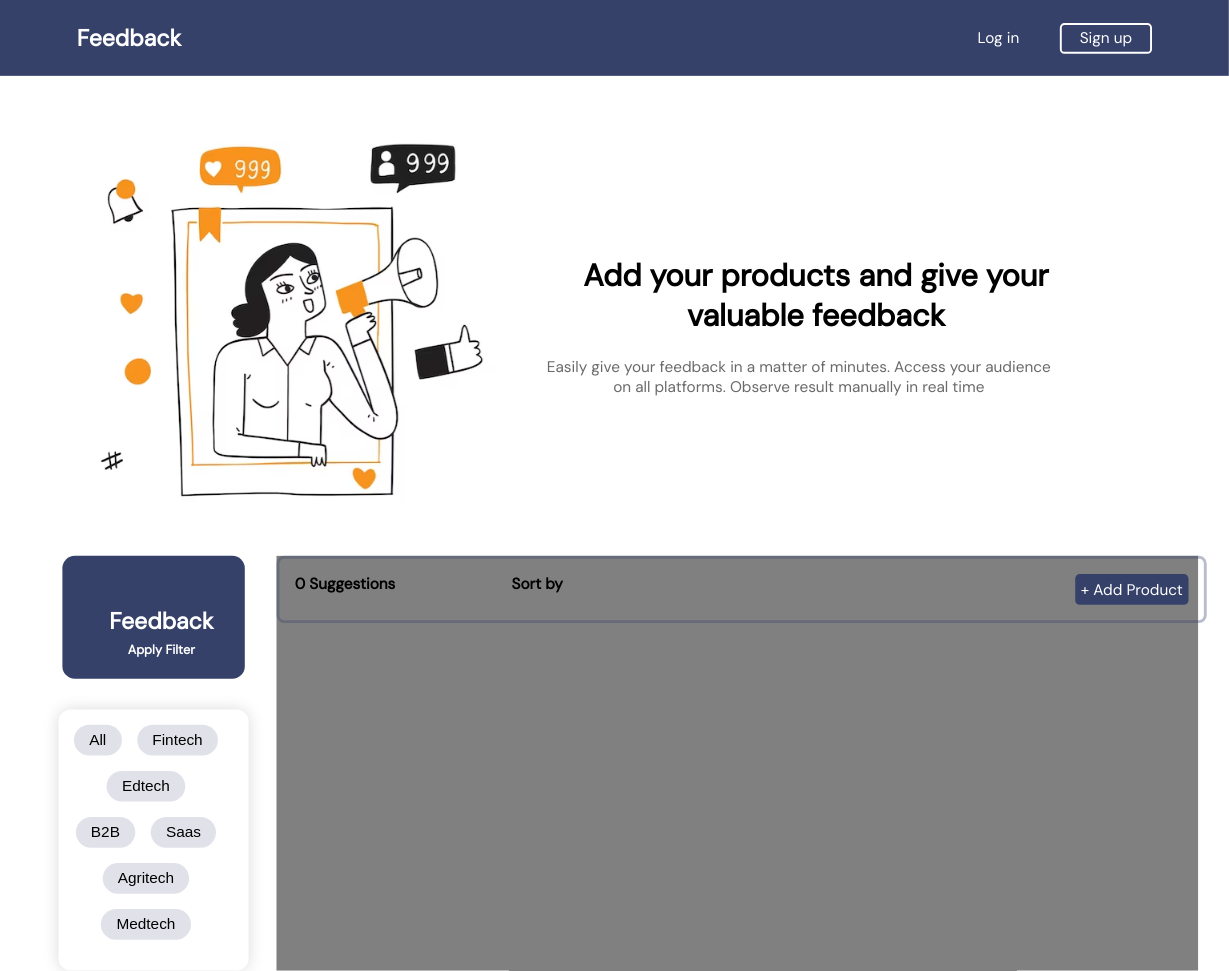
Repository: drumsmanku/final-evaluation-test
Page: / (app in client/)
The author's editor kept a copy of each file at every save. The page is drawn from the files as they stood at one save, then again after the next save.
The browser window is 1280 px wide. The pictures show the whole page, at 96% of full size.
The page's requests for data from a server got no answer. The project was rebuilt for these pictures with package versions that can differ from the ones it lists, and the page was loaded fresh each time. No one was signed in, and anything a server would have sent is missing.

Above is the page before, as saved 2023-07-29 14:34:22.

After the next save:
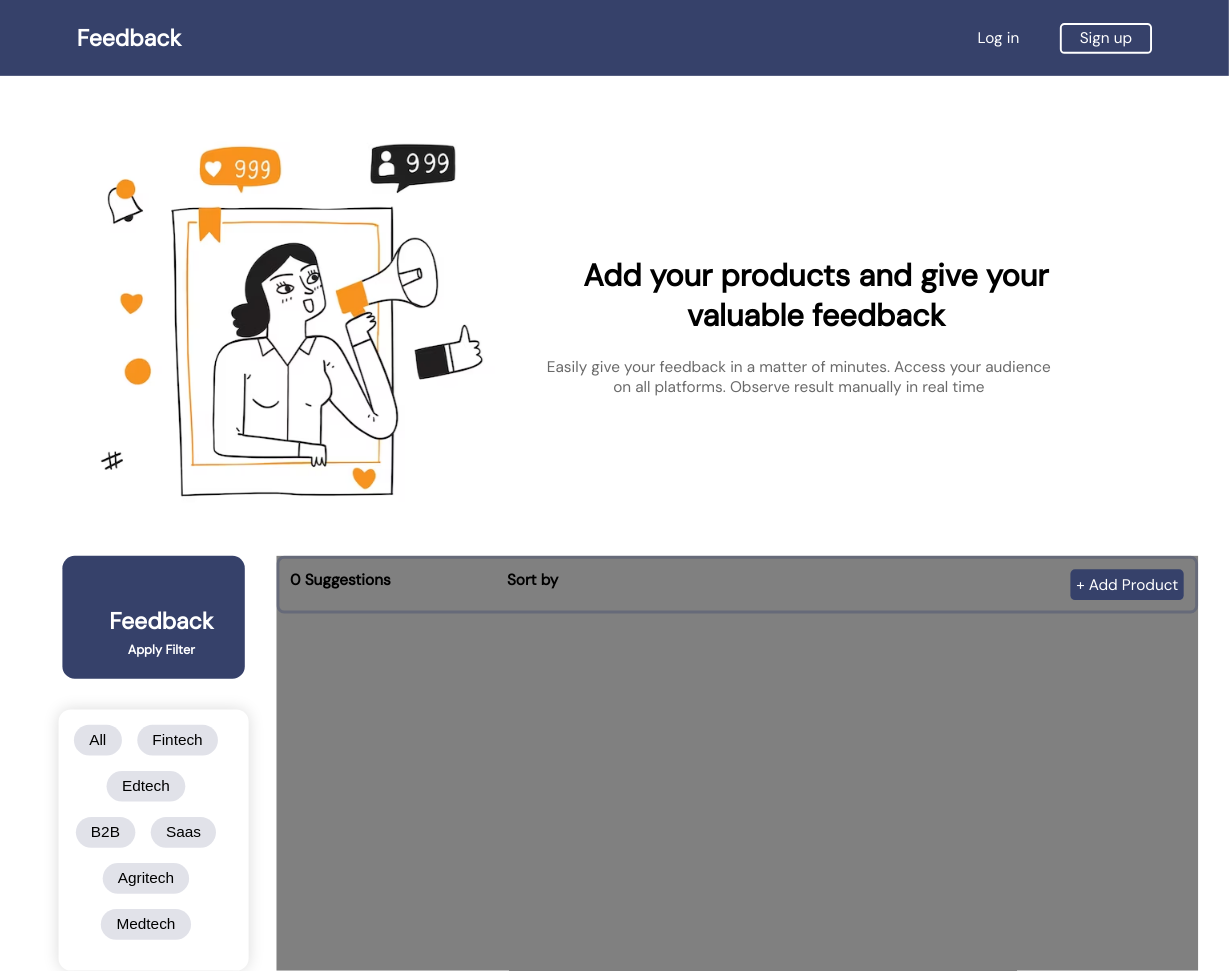
Saved 10 s later.
--- a/client/src/CSS/MainPage.css
+++ b/client/src/CSS/MainPage.css
@@ -73,7 +73,7 @@ body{
   display: flex;
   justify-content: space-between;
   border: 3px solid #36416A59;
-  padding: 1rem;
+  padding: 0.7rem;
   border-radius: 0.5rem;
 
 }
